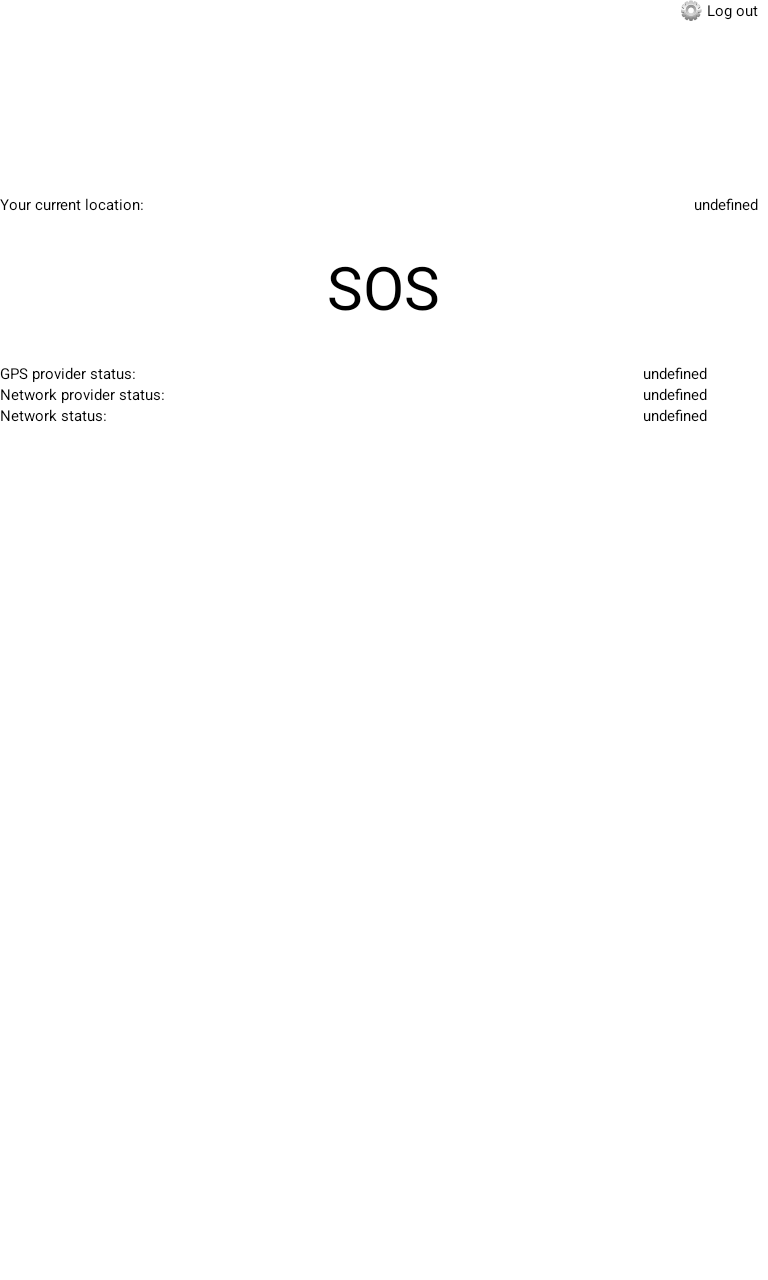
Repository: yuryk53/GTrackerRepository
Layout: GTracker/res/layout/main.xml
An editor plug-in stored every save of this project. The layout is shown before and after the next save, followed by the edit.
It is drawn on a 768 x 1280 px phone screen (xhdpi) without system bars, with theme AppTheme; the app's code is not run. The app's manifest (not shown) leaves right-to-left support off. So textAlignment, textDirection and layoutDirection are ignored, and left and right values win over start and end ones.

Above is the layout before, as saved 2015-11-13 22:31:06.

### GTracker/res/layout/main.xml
<?xml version="1.0" encoding="utf-8"?>
<RelativeLayout xmlns:android="http://schemas.android.com/apk/res/android"
    android:layout_width="match_parent"
    android:layout_height="match_parent"
    android:layout_marginLeft="5dp"
    android:layout_marginTop="5dp"
    android:contentDescription="@drawable/gear"
    android:orientation="vertical" >

    <Switch
        android:id="@+id/switchLocator"
        android:layout_width="wrap_content"
        android:layout_height="wrap_content"
        android:layout_alignBottom="@+id/button1"
        android:layout_alignParentLeft="true"
        android:layout_alignParentTop="true" />

    <Button
        android:id="@+id/button1"
        android:layout_width="wrap_content"
        android:layout_height="wrap_content"
        android:layout_alignParentRight="true"
        android:layout_alignParentTop="true"
        android:layout_marginRight="5dp"
        android:text="@string/logout_btn_text" />

    <Button
        android:id="@+id/button2"
        android:layout_width="wrap_content"
        android:layout_height="wrap_content"
        android:layout_below="@+id/switch1"
        android:layout_centerHorizontal="true"
        android:layout_marginTop="123dp"
        android:text="@string/sos_btn_text"
        android:textSize="30sp" />

    <Spinner
        android:id="@+id/upd_interval_spinner"
        android:layout_width="fill_parent"
        android:layout_height="wrap_content"
        android:layout_alignParentBottom="true"
        android:layout_alignParentLeft="true"
        android:layout_alignParentStart="true"
        android:layout_marginBottom="17dp"
        android:prompt="@string/spinner_upd_interval_title" />

    <TextView
        android:id="@+id/textView1"
        android:layout_width="wrap_content"
        android:layout_height="wrap_content"
        android:layout_alignBaseline="@+id/textViewCoordinates"
        android:layout_alignBottom="@+id/textViewCoordinates"
        android:layout_alignParentLeft="true"
        android:text="@string/curr_location_string" />

    <TextView
        android:id="@+id/textView2"
        android:layout_width="wrap_content"
        android:layout_height="wrap_content"
        android:layout_alignParentLeft="true"
        android:layout_below="@+id/button2"
        android:layout_marginTop="18dp"
        android:text="GPS provider status: " />

    <TextView
        android:id="@+id/textViewCoordinates"
        android:layout_width="wrap_content"
        android:layout_height="wrap_content"
        android:layout_alignRight="@+id/button1"
        android:layout_below="@+id/textViewGPSStatus"
        android:layout_marginTop="97dp"
        android:layout_toRightOf="@+id/textViewGPSStatus"
        android:text="undefined" />

    <TextView
        android:id="@+id/textView3"
        android:layout_width="wrap_content"
        android:layout_height="wrap_content"
        android:layout_alignParentLeft="true"
        android:layout_below="@+id/textView2"
        android:text="Network provider status:" />

    <TextView
        android:id="@+id/textViewNetworkProviderStatus"
        android:layout_width="wrap_content"
        android:layout_height="wrap_content"
        android:layout_alignBaseline="@+id/textView2"
        android:layout_alignBottom="@+id/textView2"
        android:layout_toLeftOf="@+id/button1"
        android:text="undefined" />

    <TextView
        android:id="@+id/textViewGPSProviderStatus"
        android:layout_width="wrap_content"
        android:layout_height="wrap_content"
        android:layout_alignBaseline="@+id/textView3"
        android:layout_alignBottom="@+id/textView3"
        android:layout_alignLeft="@+id/textViewNetworkProviderStatus"
        android:text="undefined" />

    <TextView
        android:id="@+id/textView4"
        android:layout_width="wrap_content"
        android:layout_height="wrap_content"
        android:layout_alignParentLeft="true"
        android:layout_alignRight="@+id/textView3"
        android:layout_below="@+id/textView3"
        android:text="Network status:" />

    <TextView
        android:id="@+id/textViewNetStatus"
        android:layout_width="wrap_content"
        android:layout_height="wrap_content"
        android:layout_alignBaseline="@+id/textView4"
        android:layout_alignBottom="@+id/textView4"
        android:layout_alignLeft="@+id/textViewGPSProviderStatus"
        android:text="undefined" />

    <ImageButton
        android:id="@+id/imageButton1"
        android:layout_width="48dp"
        android:layout_height="48dp"
        android:layout_alignBottom="@+id/button1"
        android:layout_alignLeft="@+id/textViewNetworkProviderStatus"
        android:src="@drawable/gear" />

</RelativeLayout>

### GTracker/res/values/strings.xml
<?xml version="1.0" encoding="utf-8"?>
<resources>

    <string name="app_name">GTracker</string>
    <string name="hello_world">Hello world!</string>
    <string name="action_settings">Settings</string>
    <string name="email_string">E-mail</string>
    <string name="pass_string">Password</string>
    <string name="btn_submit_text">Submit</string>
    <string name="about_string">About</string>
    <string name="logout_btn_text">Log out</string>
    <string name="sos_btn_text">SOS</string>
    <string name="spinner_upd_interval_title">Update Interval</string>
    <string name="curr_location_string">Your current location:</string>

</resources>

After the next save:
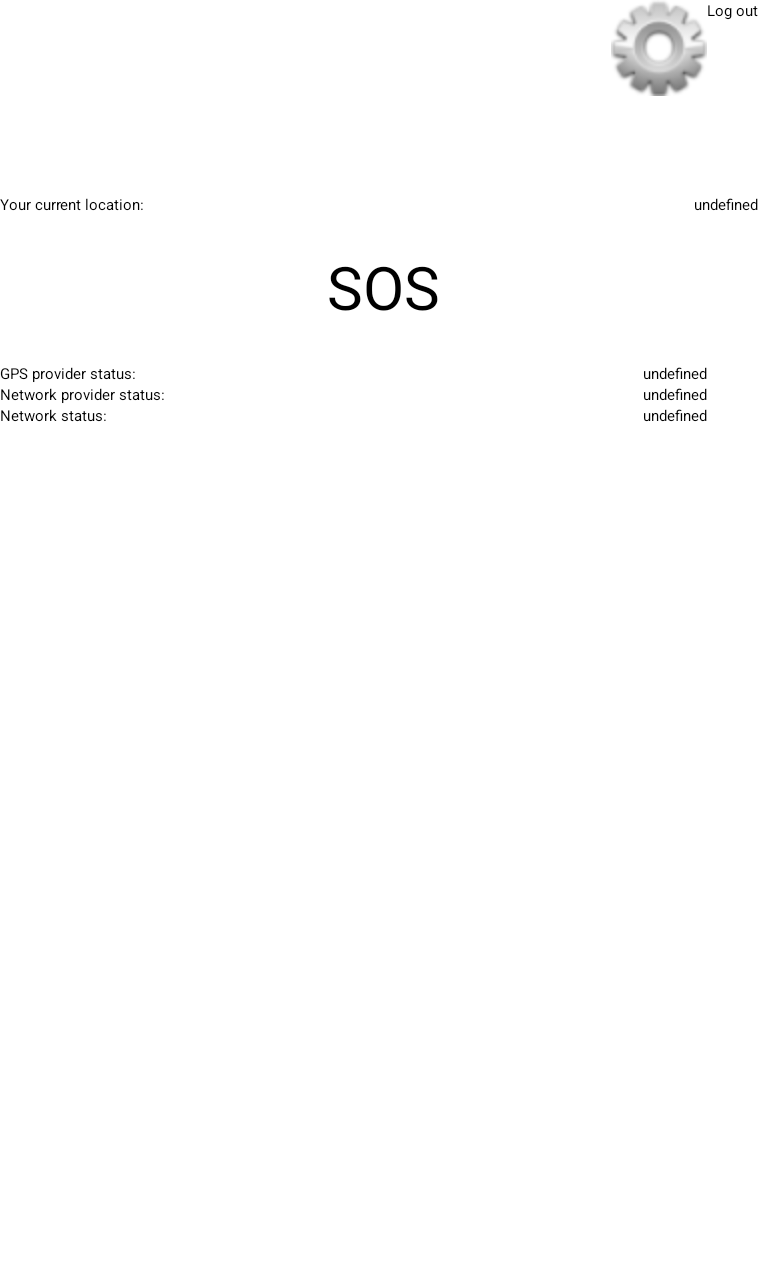
Saved 67 s later.
--- a/GTracker/res/layout/main.xml
+++ b/GTracker/res/layout/main.xml
@@ -120,8 +120,8 @@
         android:id="@+id/imageButton1"
         android:layout_width="48dp"
         android:layout_height="48dp"
-        android:layout_alignBottom="@+id/button1"
-        android:layout_alignLeft="@+id/textViewNetworkProviderStatus"
+        android:layout_alignParentTop="true"
+        android:layout_toLeftOf="@+id/button1"
         android:src="@drawable/gear" />
 
 </RelativeLayout>
